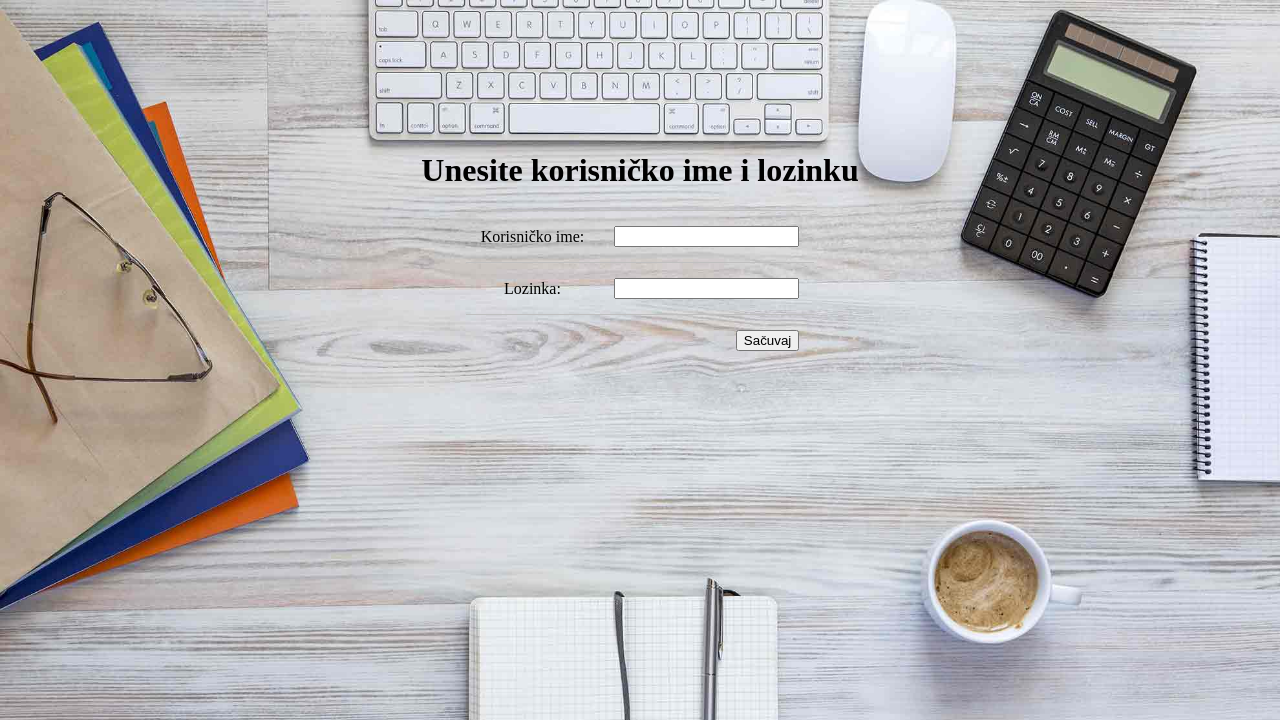
Repository: KristijanPetkovic/java-applet-video-library
Page: Projekti/www.videoteka.com/WebContent/noviKorisnik.html
These files come from the project's save history. The page is drawn as it stood at one moment and after the next save; the edit follows.
The browser window is 1280 px wide. The pictures show the whole page.

Above is the page before, as saved 2019-01-09 20:56:16.

After the next save:
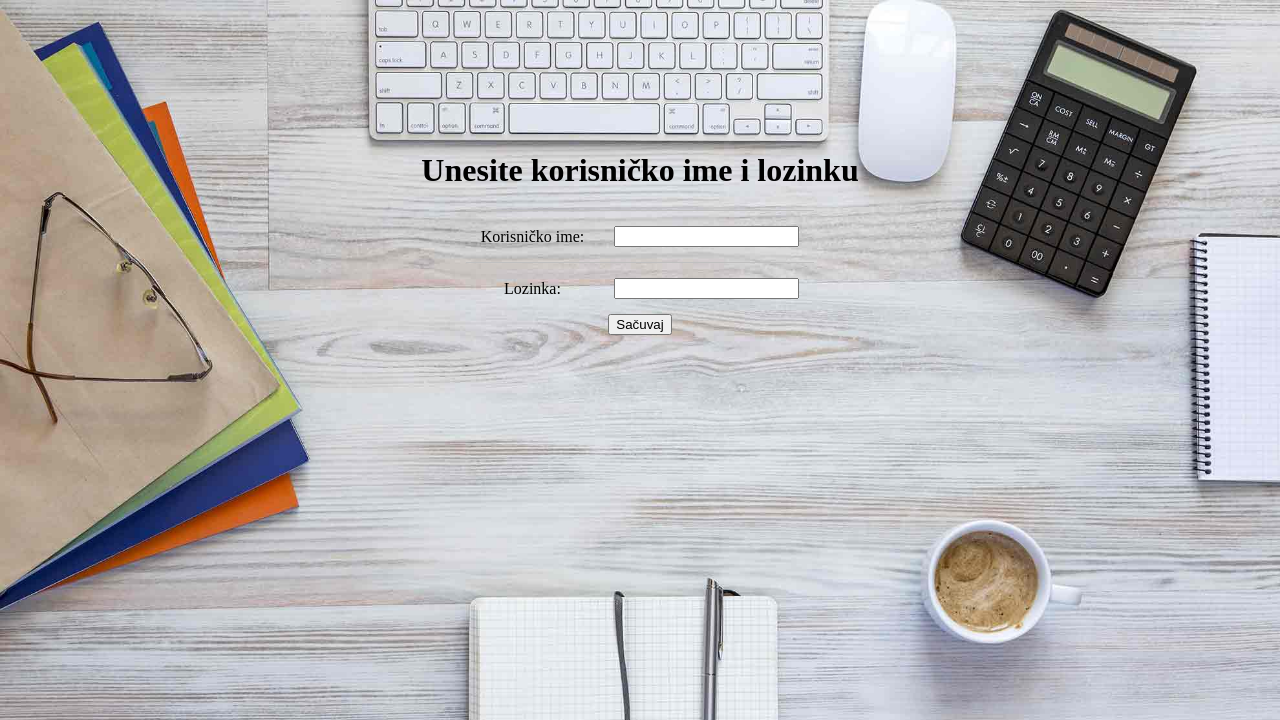
Saved 29 s later.
--- a/Projekti/www.videoteka.com/WebContent/noviKorisnik.html
+++ b/Projekti/www.videoteka.com/WebContent/noviKorisnik.html
@@ -17,12 +17,8 @@
 					<td>Lozinka: </td>
 					<td> <input name="sifra" type="text"> </td>
 				</tr>
-				<tr>
-					<td colspan="2" align="right">
-						<input name="sačuvaj" type="submit" value="Sačuvaj">
-					</td>
-				</tr>
 			</table>
+			<input name="sačuvaj" type="submit" value="Sačuvaj">
 		</form>
 	</body>
 </html>
